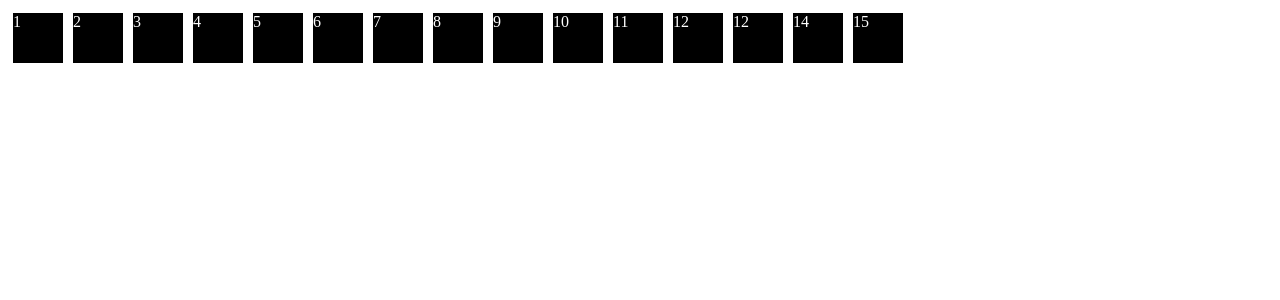
Repository: eeoooo/MINI-PROJECTS-HTML-CSS
Page: practiceCSSFlex/index.html
An editor plug-in stored every save of this project. The page is shown before and after the next save, followed by the edit.
The browser window is 1280 px wide. The pictures show the whole page.

Above is the page before, as saved 2022-07-30 15:27:50.

After the next save:
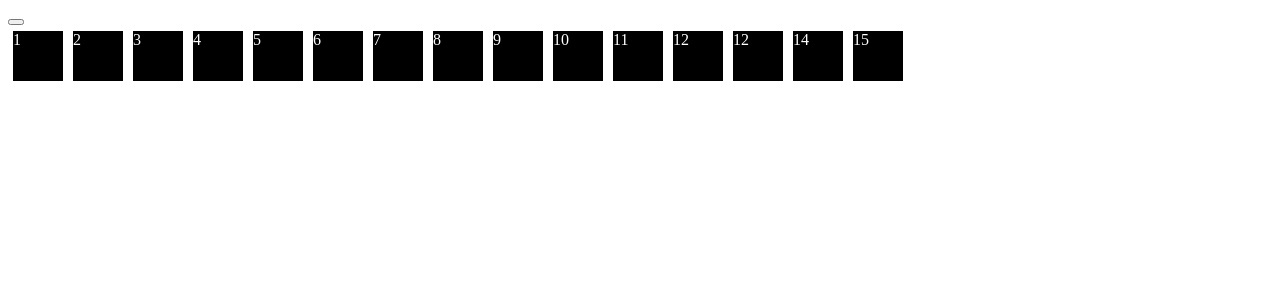
Saved 25 s later.
--- a/practiceCSSFlex/index.html
+++ b/practiceCSSFlex/index.html
@@ -9,6 +9,9 @@
     <title>Document</title>
 </head>
 <body>
+    <div class="buttons">
+        <button class="flex"></button>
+    </div>
     <div class="container">
         <div class="box">1</div>
         <div class="box">2</div>
